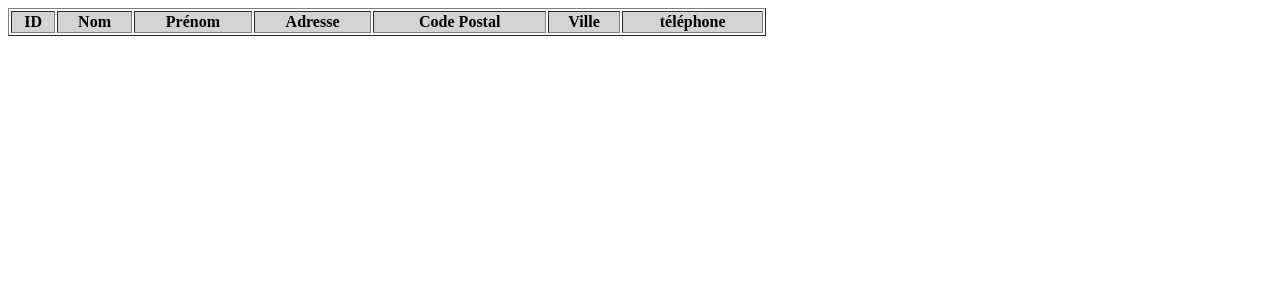
Repository: liiiseee/Projet
Page: http://localhost/01_gestion_clients_jsp_servlet_mysql/accueil.jsp
The author's editor kept a copy of each file at every save. The page is drawn from the files as they stood at one save, then again after the next save.
The browser window is 1280 px wide. The pictures show the whole page.
The page is served by Tomcat 9.

Above is the page before, as saved 2020-03-27 11:11:16.

After the next save:
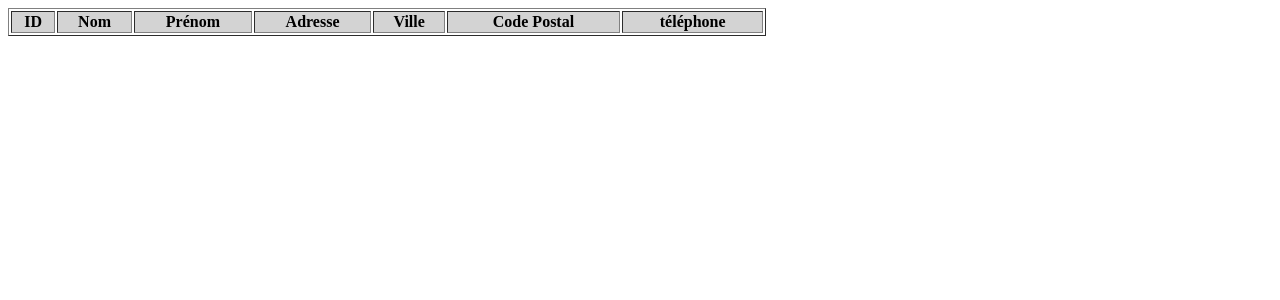
Saved 5 min 11 s later.
--- a/01_gestion_clients_jsp_servlet_mysql/WebContent/accueil.jsp
+++ b/01_gestion_clients_jsp_servlet_mysql/WebContent/accueil.jsp
@@ -26,8 +26,8 @@
 		 		<th> Nom</th>
 		 		<th> Prénom</th>
 		 		<th> Adresse</th>
+		 		<th> Ville</th>
 		 		<th> Code Postal</th>
-		 		<th> Ville</th>
 		 		<th> téléphone</th>
 
 
@@ -43,8 +43,8 @@
 		 				<td>${client.nom}</td>
 		 				<td>${client.prenom}</td>
 		 				<td>${client.adresse}</td>
+		 				<td>${client.ville}</td>
 		 				<td>${client.codePostal}</td>
-		 				<td>${client.ville}</td>
 		 				<td>${client.telephone}</td>
 
 		 				</tr>
